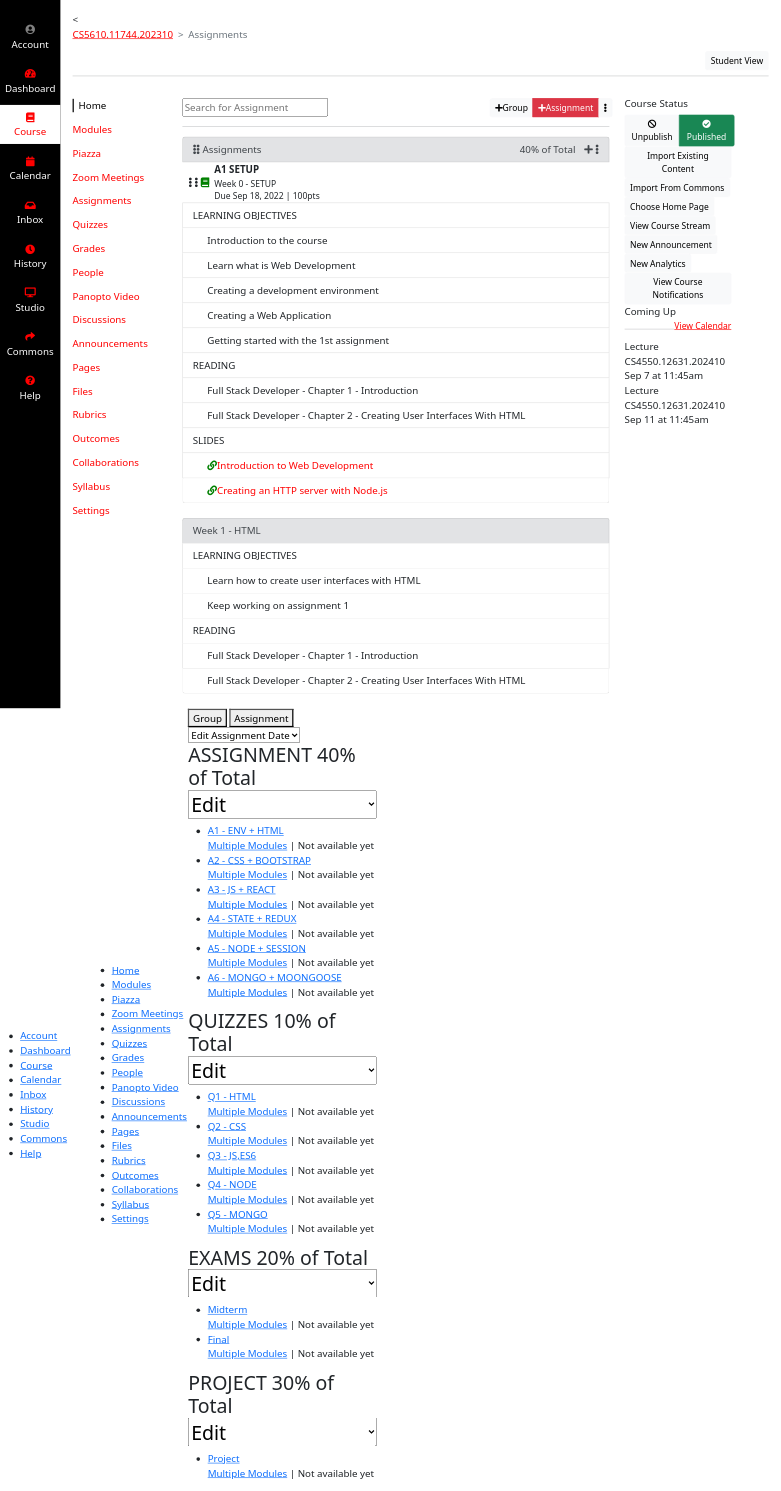
Repository: yuqiant/kanbas-react-web-app
Page: public/kanbas/assignment/index.html
These files come from the project's save history. The page is drawn as it stood at one moment and after the next save; the edit follows.
The browser window is 1280 px wide. The pictures show the whole page, at 61% of full size.

Above is the page before, as saved 2023-10-04 23:52:25.

### public/kanbas/assignment/index.html
<!DOCTYPE html>
<html lang="en">

<head>
    <meta charset="UTF-8">
    <meta name="viewport" content="width=device-width, initial-scale=1.0">
    <title>Flexbox Layout</title>
    <link rel="stylesheet" href="../../vendors/fontawesome/css/all.min.css">
    <link rel="stylesheet" href="../../vendors/bootstrap/css/bootstrap.min.css" />
    <link href="index.css" rel="stylesheet" />
</head>

<body>
    <div class="flex-container">
        <div class="left-column">

            <ul>
                <li><i class="fa fa-user-circle fa-inverse" style="color: grey;"></i><a
                        href="../account/account.html">Account</a> </li>
                <li><i class="fas fa-tachometer-alt" style="color: red;"></i><a href="#">Dashboard</a></li>
                <li class="active"><i class="fas fa-book" style="color: red;"></i><a
                        href="../course/courseNavigation.html" style="color: red;">Course</a>
                </li>
                <li><i class="fas fa-calendar" style="color: red;""></i><a href=" #">Calendar</a></li>
                <li><i class="fas fa-inbox" style="color: red;"></i><a href="#">Inbox</a></li>
                <li><i class="fas fa-clock" style="color: red;"></i><a href="#">History</a></li>
                <li><i class="fas fa-desktop" style="color: red;"></i><a href="#">Studio</a></li>
                <li><i class="fas fa-share" style="color: red;"></i><a href="#">Commons</a></li>
                <li><i class="fas fa-question-circle" style="color: red;"></i><a href="#">Help</a></li>
            </ul>

        </div>
        <div class="right-column">

            <div class="right-top">
                <<nav style="--bs-breadcrumb-divider: '>';" aria-label="breadcrumb">
                    <ol class="breadcrumb">
                        <li class="breadcrumb-item"><a href="dashboard/index.html"
                                style="color: red;">CS5610.11744.202310</a></li>
                        <li class="breadcrumb-item active" aria-current="page">Assignments</li>
                    </ol>
                    </nav>
                    <div class="float-sm-end"> <button class="btn btn-light btn-sm">Student View</button>
                    </div><br />
                    <hr />


            </div>
            <div class="right-bottom">


                <div class="right-bottom-item1">


                    <ul>
                        <li class="active"><a href="../home.html" style="color: black;">Home</a></li>
                        <li><a href="#">Modules</a></li>
                        <li><a href="#">Piazza</a></li>
                        <li><a href="#">Zoom Meetings</a></li>
                        <li><a href="assignment/index.html">Assignments</a></li>
                        <li><a href="#">Quizzes</a></li>
                        <li><a href="grades.html">Grades</a></li>
                        <li><a href="#">People</a></li>
                        <li><a href="#">Panopto Video</a></li>
                        <li><a href="#">Discussions</a></li>
                        <li><a href="#">Announcements</a></li>
                        <li><a href="#">Pages</a></li>
                        <li><a href="#">Files</a></li>
                        <li><a href="#">Rubrics</a></li>
                        <li><a href="#">Outcomes</a></li>
                        <li><a href="#">Collaborations</a></li>
                        <li><a href="#">Syllabus</a></li>
                        <li><a href="coursesetting.html">Settings</a></li>
                    </ul>
                </div>

                <div class="right-bottom-item2">
                    <input type="text" id="myInput" placeholder="Search for Assignment">


                    <div class="float-sm-end">
                        <div class="btn-group" style="margin-right: -5px;">
                            <button class="btn btn-light btn-sm"><i class="fa fa-plus"
                                    aria-hidden="true"></i>Group</button>
                            <button class="btn btn-danger btn-sm"><i class="fa fa-plus"
                                    aria-hidden="true"></i>Assignment</button>
                            <button class="btn btn-light btn-sm"><i class="fa fa-ellipsis-v"
                                    aria-hidden="true"></i></button>

                        </div>

                    </div><br>
                    <hr />




                    <!-- Module 1 -->
                    <div class="list-group mb-4">
                        <a href="#" class="list-group-item list-group-item-secondary"><i
                                class="fas fa-ellipsis-v"></i><i class="fas fa-ellipsis-v"></i>
                            Assignments
                            <div class="float-sm-end">
                                <span class="percentage">40% of Total</span>
                                <span class="icon"><i class="fa fa-plus" aria-hidden="true"></i></span>
                                <span class="icon"><i class="fa fa-ellipsis-v" aria-hidden="true"></i></span>
                            </div>


                        </a>
                        <!-- <li class="list-group-item d-flex justify-content-between align-items-start">

                            <div class="ms-2 me-auto" style="display: flex; align-items: center;">
                                <i class="fas fa-ellipsis-v"></i><i class="fas fa-ellipsis-v"></i>
                                <i class="fas fa-book" style="color: green;"></i>

                                <div class="fw-bold">A1 SETUP</div>
                                <div style="font-size: 14px;">Week 0 - SETUP<br />
                                    Due Sep 18, 2022 | 100pts</div>
                            </div>
                        </li> -->
                        <div class="d-flex align-items-center">
                            <div>
                                <i class="fas fa-ellipsis-v"></i>
                                <i class="fas fa-ellipsis-v"></i>
                                <i class="fas fa-book" style="color: green;"></i>

                            </div>
                            <div class="ms-2">
                                <div class="fw-bold">A1 SETUP</div>
                                <div style="font-size: 14px;">Week 0 - SETUP<br />Due Sep 18, 2022 | 100pts</div>
                            </div>
                        </div>








                        <a href="#" class="list-group-item">LEARNING OBJECTIVES</a>
                        <!-- <ul class="list-group custom-indent"> -->
                        <li class="list-group-item custom-indent">Introduction to the course</li>
                        <li class="list-group-item custom-indent">Learn what is Web Development</li>
                        <li class="list-group-item custom-indent">Creating a development environment</li>
                        <li class="list-group-item custom-indent">Creating a Web Application</li>
                        <li class="list-group-item custom-indent">Getting started with the 1st assignment</li>
                        <!-- </ul> -->

                        <a href="#" class="list-group-item">READING</a>
                        <li class="list-group-item custom-indent">Full Stack Developer - Chapter 1 - Introduction</li>
                        <li class="list-group-item custom-indent">Full Stack Developer - Chapter 2 - Creating User
                            Interfaces With
                            HTML</li>


                        <a href="#" class="list-group-item">SLIDES</a>
                        <a href="#" class="list-group-item custom-indent" style="color: red;"><i class="fas fa-link"
                                style="color: green;"></i>Introduction to Web
                            Development</a>
                        <a href="#" class="list-group-item custom-indent" style="color: red;"><i class="fas fa-link"
                                style="color: green;"></i>Creating an HTTP server
                            with Node.js</a>


                    </div>

                    <div class="list-group mb-4">
                        <a href="#" class="list-group-item list-group-item-secondary">Week 1 - HTML</a>
                        <a href="#" class="list-group-item">LEARNING OBJECTIVES</a>
                        <!-- <ul class="list-group custom-indent"> -->
                        <li class="list-group-item custom-indent">Learn how to create user interfaces with HTML</li>
                        <li class="list-group-item custom-indent">Keep working on assignment 1</li>

                        <!-- </ul> -->

                        <a href="#" class="list-group-item">READING</a>
                        <li class="list-group-item custom-indent">Full Stack Developer - Chapter 1 - Introduction</li>
                        <li class="list-group-item custom-indent">Full Stack Developer - Chapter 2 - Creating User
                            Interfaces With
                            HTML</li>





                    </div>

                </div>

                <div class="right-bottom-item3">
                    <h6>Course Status</h6>
                    <div class="btn-group" style="margin-right: -5px;">
                        <button class="btn btn-light btn-sm"><i class="fas fa-ban"></i>Unpublish</button>
                        <button class="btn btn-success btn-sm"><i class="fa fa-check-circle" aria-hidden="true"></i>
                            Published</button>
                    </div><br />
                    <button class="btn btn-light btn-sm">Import Existing Content</button>
                    <button class="btn btn-light btn-sm">Import From Commons</button>
                    <button class="btn btn-light btn-sm">Choose Home Page</button>
                    <button class="btn btn-light btn-sm">View Course Stream</button>
                    <button class="btn btn-light btn-sm">New Announcement</button>
                    <button class="btn btn-light btn-sm">New Analytics</button>
                    <button class="btn btn-light btn-sm">View Course Notifications</button><br />

                    Coming Up
                    <div class="float-sm-end smaller-text"><a href="#" style="color: red;">View Calendar</a></div>
                    <hr />

                    <div class="part">
                        Lecture<br />
                        CS4550.12631.202410<br />
                        Sep 7 at 11:45am<br />
                    </div>

                    <div class="part">
                        Lecture<br />
                        CS4550.12631.202410<br />
                        Sep 11 at 11:45am<br />
                    </div>













                </div>


            </div>




        </div>

    </div>
    </div>
    </div>
</body>

<body>
    <table>
        <tr>
            <td id="firstColumn" style="width: 150px;">
                <ul>
                    <li><a href="../accountcol.html">Account</a></li>
                    <li><a href="#">Dashboard</a></li>
                    <li><a href="../coursecol.html">Course</a></li>
                    <li><a href="#">Calendar</a></li>
                    <li><a href="#">Inbox</a></li>
                    <li><a href="#">History</a></li>
                    <li><a href="#">Studio</a></li>
                    <li><a href="#">Commons</a></li>
                    <li><a href="#">Help</a></li>
                </ul>
            </td>
            <td id="secondColumn" style="width: 150px;">
                <ul>
                    <li><a href="../home.html">Home</a></li>
                    <li><a href="#">Modules</a></li>
                    <li><a href="#">Piazza</a></li>
                    <li><a href="#">Zoom Meetings</a></li>
                    <li><a href="../assignment/index.html">Assignments</a></li>
                    <li><a href="#">Quizzes</a></li>
                    <li><a href="../grades.html">Grades</a></li>
                    <li><a href="#">People</a></li>
                    <li><a href="#">Panopto Video</a></li>
                    <li><a href="#">Discussions</a></li>
                    <li><a href="#">Announcements</a></li>
                    <li><a href="#">Pages</a></li>
                    <li><a href="#">Files</a></li>
                    <li><a href="#">Rubrics</a></li>
                    <li><a href="#">Outcomes</a></li>
                    <li><a href="#">Collaborations</a></li>
                    <li><a href="#">Syllabus</a></li>
                    <li><a href="../coursesetting.html">Settings</a></li>
                </ul>
            </td>
            <td id="thirdColumn" style="width: 250px;">
                <form id="text-fields">
                    <button type="button">Group</button>
                    <button type="button">Assignment</button>
                    <select id="select-one">
                        <option value="ALL">Edit Assignment Date</option>
                    </select>
                </form>

                <h2>ASSIGNMENT 40% of Total
                    <select id="select-one">
                        <option value="ALL">Edit</option>
                        <option value="ALL">Speed Grader</option>
                        <option value="ALL">Duplicate</option>
                        <option value="ALL">Delete</option>
                        <option value="ALL">Move To...</option>
                        <option value="ALL">Send To...</option>
                        <option value="ALL">Copy To...</option>
                        <option value="ALL">Share to Commons</option>
                    </select>
                </h2>

                <ul>
                    <li><a href="edit.html">A1 - ENV + HTML</a></li>
                    <div><a href="edit.html">Multiple Modules</a> | Not available yet</div>
                    <li><a href="edit.html">A2 - CSS + BOOTSTRAP</a></li>
                    <div><a href="edit.html">Multiple Modules</a> | Not available yet</div>
                    <li><a href="edit.html">A3 - JS + REACT</a></li>
                    <div><a href="edit.html">Multiple Modules</a> | Not available yet</div>
                    <li><a href="edit.html">A4 - STATE + REDUX</a></li>
                    <div><a href="edit.html">Multiple Modules</a> | Not available yet</div>
                    <li><a href="edit.html">A5 - NODE + SESSION</a></li>
                    <div><a href="edit.html">Multiple Modules</a> | Not available yet</div>
                    <li><a href="edit.html">A6 - MONGO + MOONGOOSE</a></li>
                    <div><a href="edit.html">Multiple Modules</a> | Not available yet</div>
                </ul>

                <h2>QUIZZES 10% of Total
                    <select id="select-one">
                        <option value="ALL">Edit</option>
                        <option value="ALL">Speed Grader</option>
                        <option value="ALL">Duplicate</option>
                        <option value="ALL">Delete</option>
                        <option value="ALL">Move To...</option>
                        <option value="ALL">Send To...</option>
                        <option value="ALL">Copy To...</option>
                        <option value="ALL">Share to Commons</option>
                    </select>
                </h2>

                <ul>
                    <li><a href="edit.html">Q1 - HTML</a></li>
                    <div><a href="edit.html">Multiple Modules</a> | Not available yet</div>
                    <li><a href="edit.html">Q2 - CSS</a></li>
                    <div><a href="edit.html">Multiple Modules</a> | Not available yet</div>
                    <li><a href="edit.html">Q3 - JS,ES6</a></li>
                    <div><a href="edit.html">Multiple Modules</a> | Not available yet</div>
                    <li><a href="edit.html">Q4 - NODE</a></li>
                    <div><a href="edit.html">Multiple Modules</a> | Not available yet</div>
                    <li><a href="edit.html">Q5 - MONGO</a></li>
                    <div><a href="edit.html">Multiple Modules</a> | Not available yet</div>
                </ul>

                <h2>EXAMS 20% of Total
                    <select id="select-one">
                        <option value="ALL">Edit</option>
                        <option value="ALL">Speed Grader</option>
                        <option value="ALL">Duplicate</option>
                        <option value="ALL">Delete</option>
                        <option value="ALL">Move To...</option>
                        <option value="ALL">Send To...</option>
                        <option value="ALL">Copy To...</option>
                        <option value="ALL">Share to Commons</option>
                    </select>
                </h2>

                <ul>
                    <li><a href="edit.html">Midterm</a></li>
                    <div><a href="edit.html">Multiple Modules</a> | Not available yet</div>
                    <li><a href="edit.html">Final</a></li>
                    <div><a href="edit.html">Multiple Modules</a> | Not available yet</div>
                </ul>

                <h2>PROJECT 30% of Total
                    <select id="select-one">
                        <option value="ALL">Edit</option>
                        <option value="ALL">Speed Grader</option>
                        <option value="ALL">Duplicate</option>
                        <option value="ALL">Delete</option>
                        <option value="ALL">Move To...</option>
                        <option value="ALL">Send To...</option>
                        <option value="ALL">Copy To...</option>
                        <option value="ALL">Share to Commons</option>
                    </select>
                </h2>

                <ul>
                    <li><a href="edit.html">Project</a></li>
                    <div><a href="edit.html">Multiple Modules</a> | Not available yet</div>
                </ul>











            </td>

        </tr>
    </table>

</body>

</html>

### public/kanbas/assignment/index.css
.flex-container {
    display: flex;
    height: 100%;
}

/* 左边列 */
.left-column {
    /* flex: 1; */
    /* 占据可用空间的一部分 */
    /* padding: 20px; */
    width: 0 0 80px;
    /* Adjust sidebar width as needed (between 75 and 85 pixels) */
    background-color: black;
    color: white;
    text-align: center;
    padding-top: 20px;
}

.left-column ul {
    list-style-type: none;
    padding: 0;
}

.left-column li {
    margin: 8px 0;
    /* Adjust margin between links as needed (between 5 and 10 pixels) */
    padding: 8px;
    /* Adjust padding around links as needed (between 5 and 10 pixels) */
}

.left-column li.active {
    color: red;
    background-color: white;


}



.left-column a {
    color: white;
    text-decoration: none;
    display: block;
}

.right-column {

    flex: 2;
    /* 占据可用空间的两部分 */
    display: flex;
    flex-direction: column;
    /* 垂直方向排列 */
}

/* 右上部分 */
.right-top {
    padding: 20px;
}

/* 右下部分分为三竖着的部分 */
.right-bottom {
    display: flex;
    flex-direction: row;
    /* 垂直方向排列 */
    flex: 1;
    /* 均分可用空间 */
}

/* 每个竖着的部分 */
.right-bottom-item {
    flex: 1;
    /* 均分可用空间 */
    padding: 10px;
}

.right-bottom-item1 {
    width: 200px;

    /* padding: 10px; */
    border-left: 25px
}

.right-bottom-item1 a {
    color: red;
    text-decoration: none;

}


.right-bottom-item1 ul {
    list-style: none;
    padding: 0;
}

.right-bottom-item1 li {
    margin-bottom: 15px;
    padding-left: 20px;
}

.right-bottom-item1 li.active a {
    color: black;
    padding-left: 8px;

    /* padding-right: 10px; */

    border-left: 2px solid black;
}


.right-bottom-item2 {
    width: 700px;

    /* padding: 10px; */
    border-left: 25px;
    /* flex-direction: column; */
}

.custom-indent {
    padding-left: 40px;
    /* 调整适当的缩进大小 */
}

.right-bottom-item3 {
    width: 200px;

    padding-left: 25px;
    /* padding: 10px; */
    /* border-left: 25px; */
    /* flex-direction: column; */
}

.smaller-text {
    font-size: 14px;
}

.percentage {
    display: inline-block;
    margin-right: 10px;
    /* 添加间距 */
}

.icon {
    display: inline-block;
}

.align-items-center {
    padding-left: 10px;
}

Loaded but not shown: public/vendors/fontawesome/css/all.min.css (library); public/vendors/bootstrap/css/bootstrap.min.css (library)

After the next save:
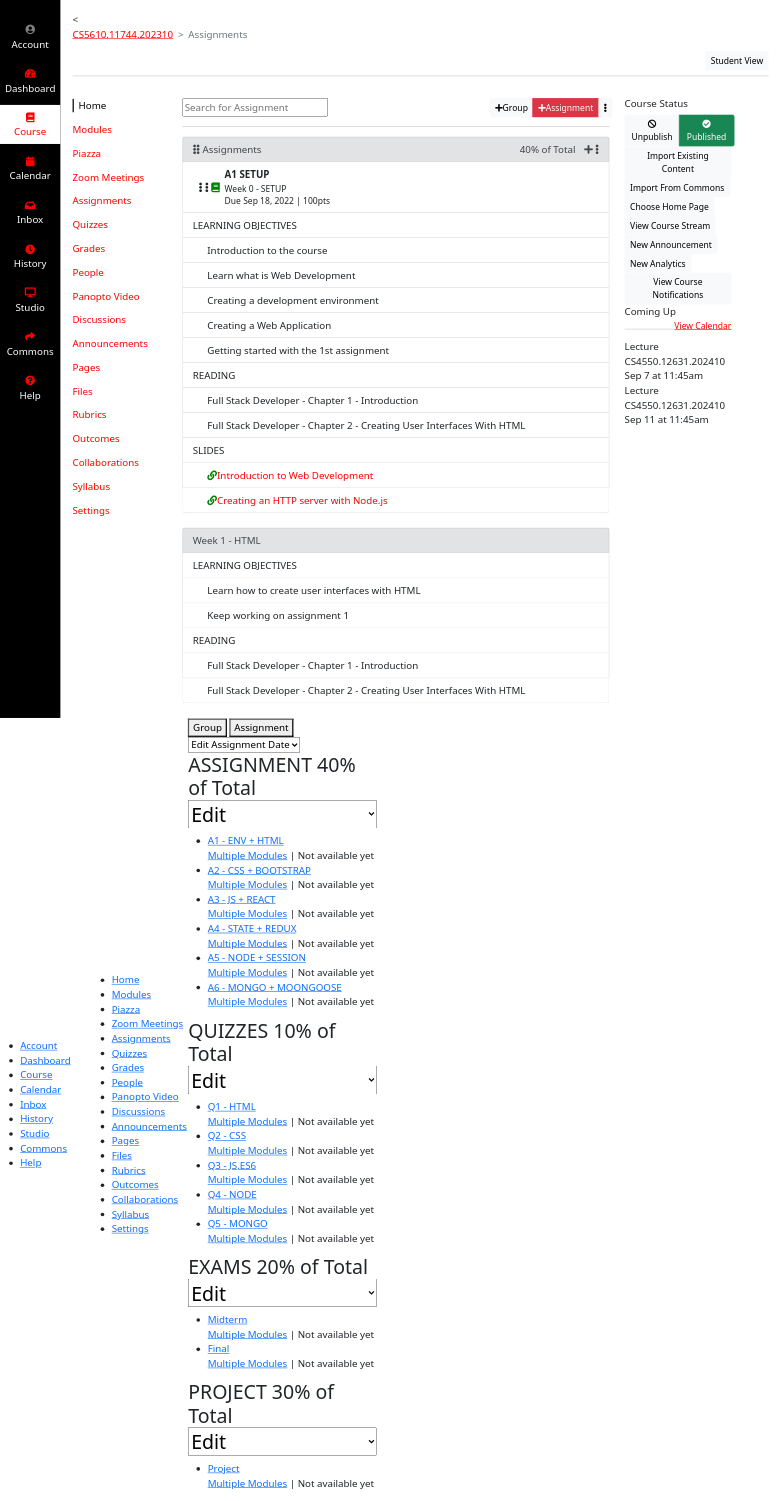
Saved 89 s later.
--- a/public/kanbas/assignment/index.html
+++ b/public/kanbas/assignment/index.html
@@ -119,18 +119,21 @@
                                     Due Sep 18, 2022 | 100pts</div>
                             </div>
                         </li> -->
-                        <div class="d-flex align-items-center">
-                            <div>
-                                <i class="fas fa-ellipsis-v"></i>
-                                <i class="fas fa-ellipsis-v"></i>
-                                <i class="fas fa-book" style="color: green;"></i>
-
+                        <li class="list-group-item d-flex justify-content-between align-items-start">
+
+                            <div class="d-flex align-items-center">
+                                <div>
+                                    <i class="fas fa-ellipsis-v"></i>
+                                    <i class="fas fa-ellipsis-v"></i>
+                                    <i class="fas fa-book" style="color: green;"></i>
+
+                                </div>
+                                <div class="ms-2">
+                                    <div class="fw-bold">A1 SETUP</div>
+                                    <div style="font-size: 14px;">Week 0 - SETUP<br />Due Sep 18, 2022 | 100pts</div>
+                                </div>
                             </div>
-                            <div class="ms-2">
-                                <div class="fw-bold">A1 SETUP</div>
-                                <div style="font-size: 14px;">Week 0 - SETUP<br />Due Sep 18, 2022 | 100pts</div>
-                            </div>
-                        </div>
+                        </li>
 
 
 
